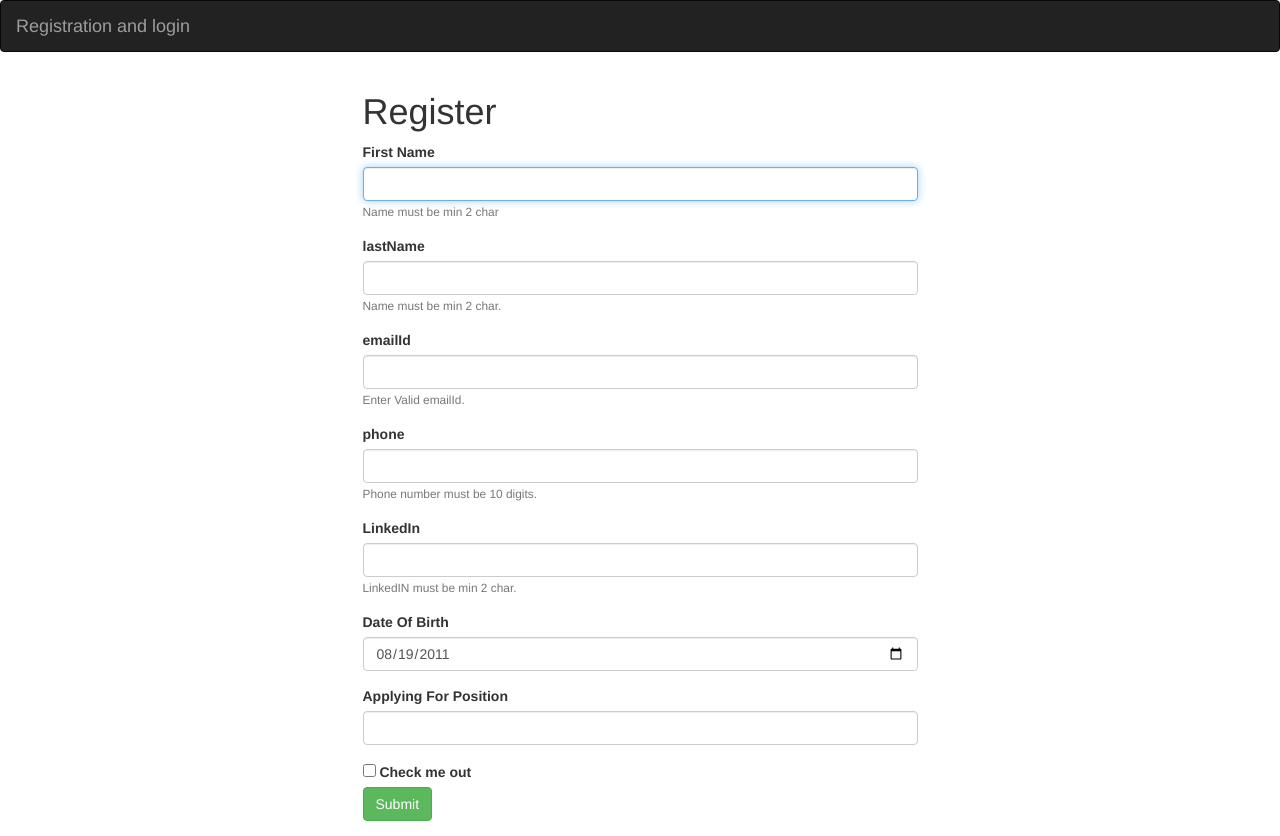
Repository: vinayvinay25794/RegistrationDemo
Page: http://localhost/CandidateRegs
An editor plug-in stored every save of this project. The page is shown before and after the next save, followed by the edit.
The browser window is 1280 px wide. The pictures show the whole page.
The page is this project's Thymeleaf template; nobody is signed in. The template is opened directly, without the code that normally fills it, so the values that code supplies are empty.

Above is the page before, as saved 2021-03-22 06:12:26.

After the next save:
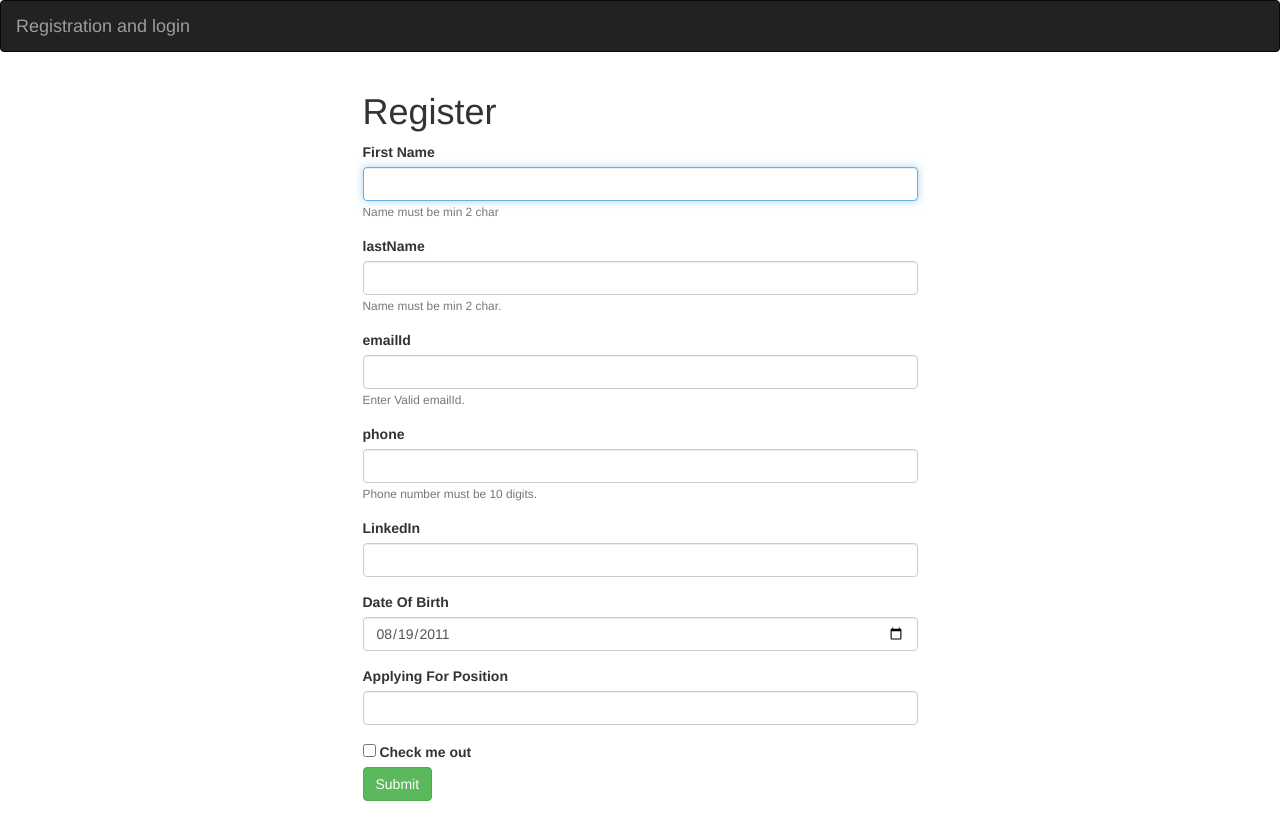
Saved 89 s later.
--- a/Hibernate/src/main/resources/templates/CandidateRegs.html
+++ b/Hibernate/src/main/resources/templates/CandidateRegs.html
@@ -59,7 +59,7 @@
 				<div class="form-group">
 					<label class="control-label" for="LinkedIn">LinkedIn</label>
 					<input id="LinkedIn" class="form-control" th:field="*{LinkedIn}" required autofocus="autofocus" />
-					<small id="emailHelp" class="form-text text-muted"> LinkedIN must be min 2 char. </small>
+
 				</div>
 
 			    <div class="form-group">
